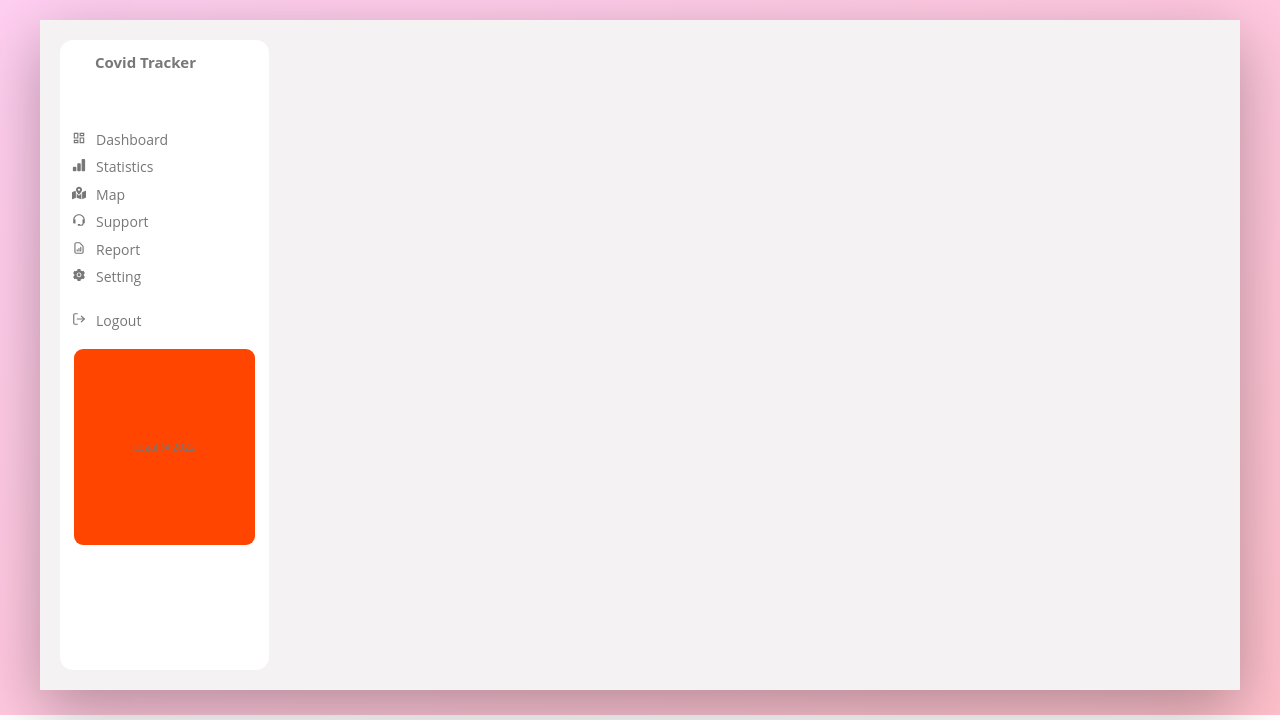
Repository: okidijimmy200/CovidAdminTracker
Page: /
These files come from the project's save history. The page is drawn as it stood at one moment and after the next save; the edit follows.
The browser window is 1280 px wide. The pictures show the whole page.
The project was rebuilt for these pictures with package versions that can differ from the ones it lists, and the page was loaded fresh each time.

Above is the page before, as saved 2022-06-16 12:23:22.

### public/index.html
<!DOCTYPE html>
<html lang="en">
  <head>
    <meta charset="utf-8" />
    <link rel="icon" href="%PUBLIC_URL%/favicon.ico" />
    <meta name="viewport" content="width=device-width, initial-scale=1" />
    <meta name="theme-color" content="#000000" />
    <meta
      name="description"
      content="Web site created using create-react-app"
    />
    <link rel="apple-touch-icon" href="%PUBLIC_URL%/logo192.png" />
    <!--
      manifest.json provides metadata used when your web app is installed on a
      user's mobile device or desktop. See https://developers.google.com/web/fundamentals/web-app-manifest/
    -->
    <link rel="manifest" href="%PUBLIC_URL%/manifest.json" />
    <!--
      Notice the use of %PUBLIC_URL% in the tags above.
      It will be replaced with the URL of the `public` folder during the build.
      Only files inside the `public` folder can be referenced from the HTML.

      Unlike "/favicon.ico" or "favicon.ico", "%PUBLIC_URL%/favicon.ico" will
      work correctly both with client-side routing and a non-root public URL.
      Learn how to configure a non-root public URL by running `npm run build`.
    -->
    <title>Covid Admin Tracker</title>
  </head>
  <body>
    <noscript>You need to enable JavaScript to run this app.</noscript>
    <div id="root"></div>
    <!--
      This HTML file is a template.
      If you open it directly in the browser, you will see an empty page.

      You can add webfonts, meta tags, or analytics to this file.
      The build step will place the bundled scripts into the <body> tag.

      To begin the development, run `npm start` or `yarn start`.
      To create a production bundle, use `npm run build` or `yarn build`.
    -->
  </body>
</html>

### src/index.scss
:root {
  --color-primary:#eb2f64;
  --color-primary-light:#ffcff1;
  --color-primary-dark:#ffc1cc;
  --color-grey-light-1: #faf9f9;
  --color-grey-light-2: #f4f2f2;
  --color-grey-light-3: #f0eeee;
  --color-grey-light-4: #ccc;
  --color-grey-dark-1: #333;
  --color-grey-dark-2: #777;
  --color-grey-dark-3: #999;

  // creating variable for box
  --shadow-dark: 0 2rem 6rem rgba(0, 0, 0, 0.3);

  --shadow-light: 0 2rem 5rem rgba(0,0,0,.06);
}


* {
  margin: 0;
  padding: 0;
}
*,
*::before,
*::after {
  box-sizing: inherit;
}

html {
  box-sizing: border-box;
  font-size: 62.5%;

}

body {
  font-family: 'Open Sans', sans-serif;
  font-weight: 400;
  line-height: 1.6;
  color: var(--color-grey-dark-2);
  background-image: linear-gradient(to right bottom, var(--color-primary-light), var(--color-primary-dark));
  background-size: cover;
  background-repeat: no-repeat;
  min-height: 96.5vh;
}

### src/App.tsx
import React from 'react';
import Sidebar from './sidebar/sidebar';
import Content from './core/content';
import './App.scss';

function App() {
  return (
    <div data-testid='container' className="container">
      <div className="content">
      <Sidebar />
      <Content />
      </div>

    </div>
  );
}

export default App;

### src/sidebar/sidebar.tsx
import React from 'react'
import {MdOutlineDashboard  } from 'react-icons/md'
import { BsFillBarChartFill } from 'react-icons/bs'
import { FaMapMarkedAlt } from 'react-icons/fa'
import { BiSupport } from 'react-icons/bi'
import { HiOutlineDocumentReport } from 'react-icons/hi'
import { AiFillSetting } from 'react-icons/ai'
import { FiLogOut } from 'react-icons/fi'

import './sidebar.scss'

export default function sidebar() {
  return (
    <>
    <nav className="sidebar">
        <h2 className='title'>Covid Tracker</h2>
        <div className='sidebar-flex'>
            <div>
            <ul className="side-nav">
            <li className="side-nav__item side-nav__item--active">
                <span className='side-nav__icon'><MdOutlineDashboard /></span>
                    <span>Dashboard</span>
            </li>
            <li className="side-nav__item">
                {/* <a href="#" class="side-nav__link"> */}
                    <span className="side-nav__icon">
                        <BsFillBarChartFill />
                        {/* <use xlink:href="img/spritspam#icon-aircraft-take-off"></use> */}
                    </span>
                    <span>Statistics</span>
                {/* </a> */}
            </li>
            <li className="side-nav__item">
                {/* <a href="#" class="side-nav__link"> */}
                    <span className="side-nav__icon">
                        <FaMapMarkedAlt />
                        {/* <use xlink:href="img/sprite.svg#icon-key"></use> */}
                    </span>
                    <span>Map</span>
                {/* </a> */}
            </li>
            <li className="side-nav__item">
                {/* <a href="#" className="side-nav__link"> */}
                    <span className="side-nav__icon">
                        {/* <use xlink:href="img/sprite.svg#icon-map"></use> */}
                        <BiSupport />
                    </span>
                    <span>Support</span>
                {/* </a> */}
            </li>
            <li className="side-nav__item">
                {/* <a href="#" className="side-nav__link"> */}
                    <span className="side-nav__icon">
                        {/* <use xlink:href="img/sprite.svg#icon-map"></use> */}
                        <HiOutlineDocumentReport />
                    </span>
                    <span>Report</span>
                {/* </a> */}
            </li>
            <li className="side-nav__item">
                {/* <a href="#" className="side-nav__link"> */}
                    <span className="side-nav__icon">
                        {/* <use xlink:href="img/sprite.svg#icon-map"></use> */}
                        <AiFillSetting />
                    </span>
                    <span>Setting</span>
                {/* </a> */}
            </li>
        </ul>
            </div>
            <div>
                <ul className="side-nav logout">
                <li className="side-nav__item">
                <span className="side-nav__icon">
                        {/* <use xlink:href="img/sprite.svg#icon-map"></use> */}
                        <FiLogOut />
                    </span>
                <span>Logout</span>
            </li>
                </ul>

            </div>

        <div className="download">
            Legal @ 2022
        </div>
        </div>
    </nav>
</>
  )
}

### src/core/content.tsx
import React from 'react'

import './content.scss'

export default function Content() {
  return (
    <main className="hotel-view">
    </main>
  )
}

### src/App.scss
.container {
  max-width: 120rem;
  // centering in the view port
  margin: 2rem auto;
  background-color: var(--color-grey-light-2);
  // box-shadow:;
  box-shadow: var(--shadow-dark);

  // min height for testing
  // min-height: 60rem;

}

.content {
  display: flex;
  min-height: 93vh;
  padding: 2rem;
}

### src/sidebar/sidebar.scss

.sidebar {
    // styling the sidebar
    background-color: #fff;
    // flex property to define width, grow 0, shrink 0
    flex: 0 0 18%;
    // to create alot of space in the container for legal text
    border-radius: 1.3rem;
}

.side-nav {
    // adding font size
    font-size: 1.4rem;
    list-style: none;
    margin-top: 3.5rem;


   &__item {
       // parent element set to relative to element the hover effect
       position: relative;
       cursor: pointer;
       margin-left: 1.2rem;

       // to create space btn the items
       &:not(:last-child) {
           margin-bottom: .5rem;
       }
   }

   // this shd be visible only when we hover the item
   &__item:hover::before,
   // to make one of the li items initially highlighted
   &__item--active::before {
       width: 100%;
   }

   // to show the item as selected
   &__item:active::before {
       background-color: #fff;
   }


   &__link:link,
   &__link:visited {
    //    color: var(--color-grey-light-1);
       text-decoration: none;
       text-transform: uppercase;
       display: inline-block;
       padding: 1.5rem 3rem;
       // z-index only works with positioning
       position: relative;
       z-index: 10;
       // to align items in straight line
       display: flex;
       align-items: center;
   }

   &__icon {
       // reduce size of icons
       width: 1.75rem;
       height: 1.75rem;
       margin-right: 1rem;
       // current color is the color of the current element
       fill:currentColor;
   }
}
.logout {
    margin-top: 2.2rem;
    margin-bottom: 1.6rem;
}
.sidebar-flex {
    display: flex;
    flex-direction: column;
    height: 45rem;
}
.title {
    padding: 1rem 2rem 2rem 3.5rem;
}

.download {
    padding: 9rem 6rem;
    border-radius: .9rem;
    margin: auto;
    background-color: orangered;
}

### src/core/content.scss
.hotel-view {
    // background-color: #fff;
    // to make the hotel-view cover up the remaining space
    flex: 1;
    margin-left: 2rem;
}

Loaded but not shown: src/index.tsx (common file); src/reportWebVitals.ts (common file)

After the next save:
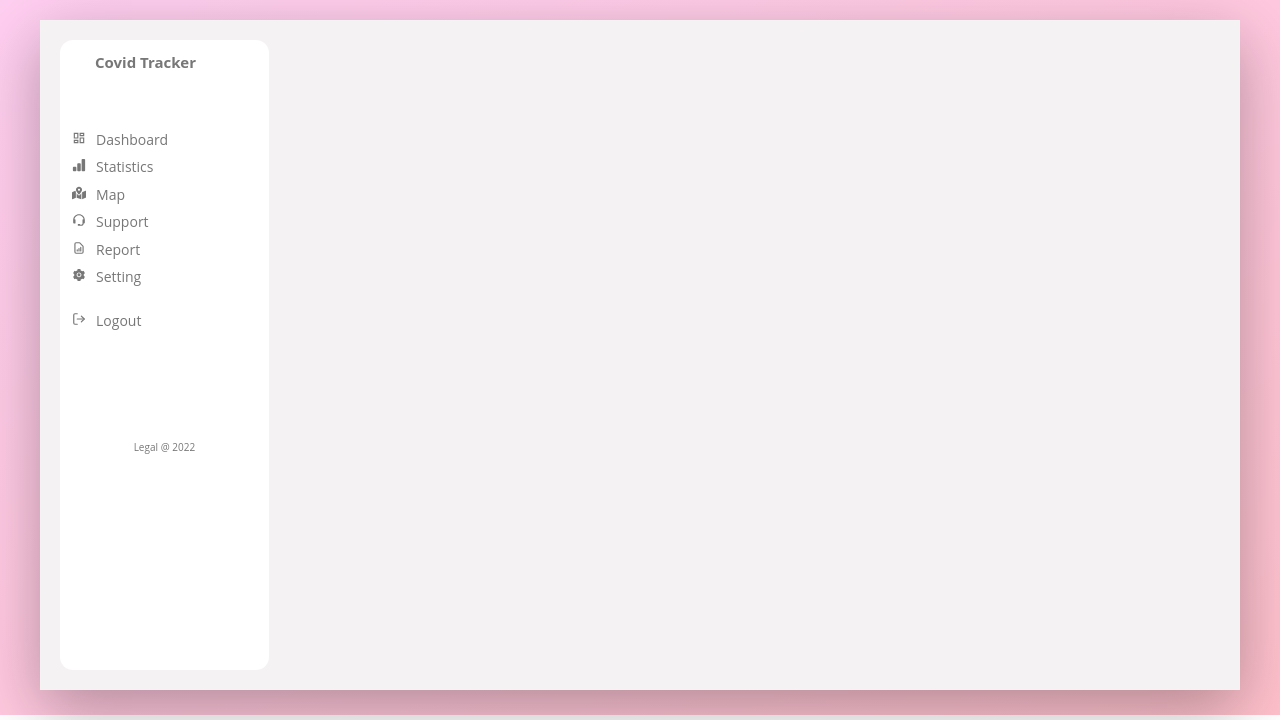
Saved 56 s later.
--- a/src/sidebar/sidebar.scss
+++ b/src/sidebar/sidebar.scss
@@ -81,5 +81,5 @@
     padding: 9rem 6rem;
     border-radius: .9rem;
     margin: auto;
-    background-color: orangered;
+    background-color: F9F5F4;
 }
